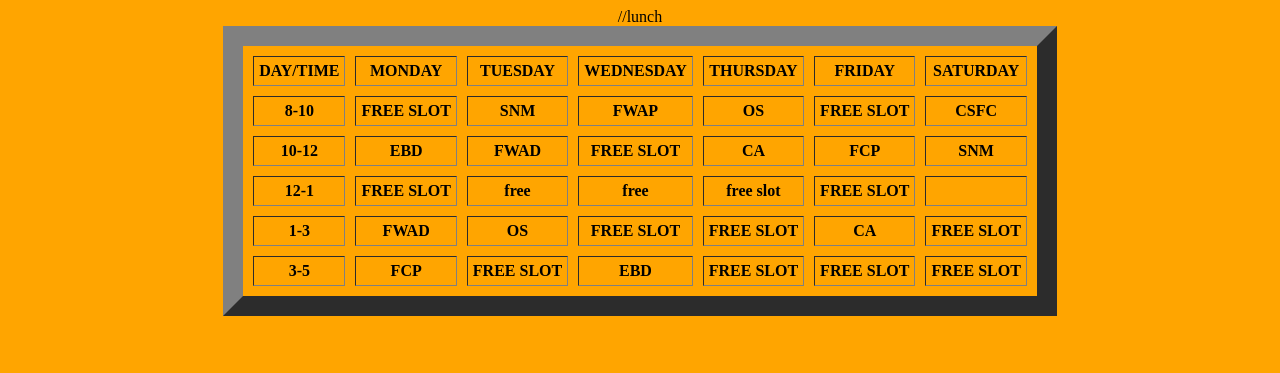
Repository: Oviya24032K6/slot
Page: oviya/static/time.html
An editor plug-in stored every save of this project. The page is shown before and after the next save, followed by the edit.
The browser window is 1280 px wide. The pictures show the whole page.

Above is the page before, as saved 2024-03-13 15:06:04.

After the next save:
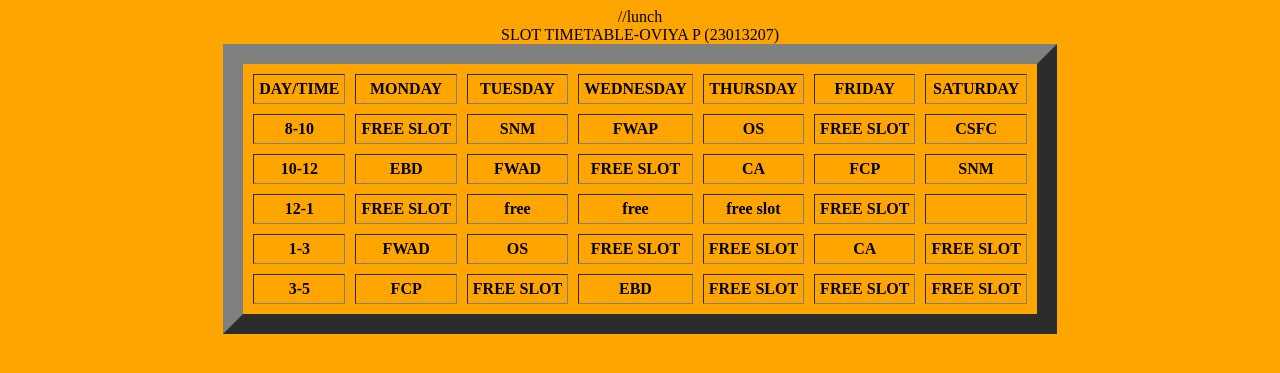
Saved 2 min 18 s later.
--- a/oviya/static/time.html
+++ b/oviya/static/time.html
@@ -4,6 +4,7 @@
     </head>
     <body bgcolor="orange" align="center" >
     <table align="center" border="20" cellspacing="10" cellpadding="5">
+    <caption>SLOT TIMETABLE-OVIYA P (23013207)</caption>
         <tr>
             <th>DAY/TIME</th>
             <th>MONDAY</th>

After the save that followed:
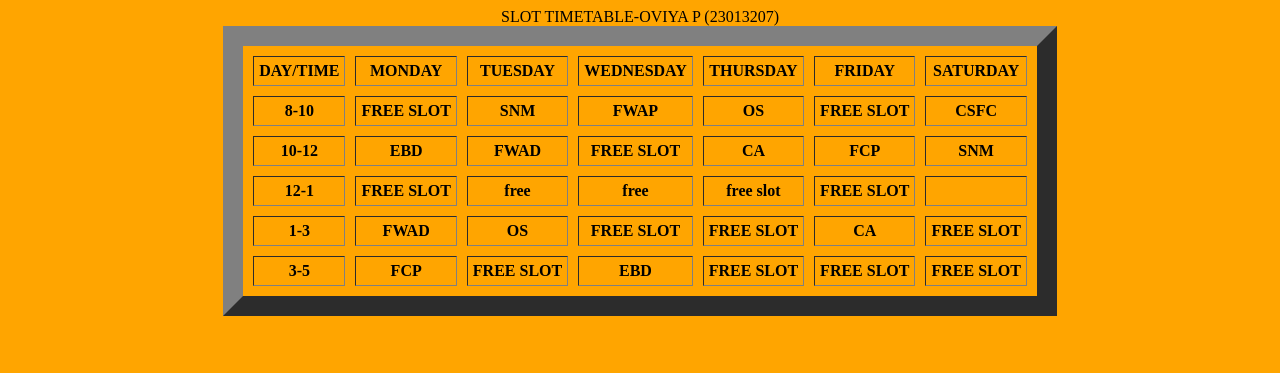
Saved 20 s later.
--- a/oviya/static/time.html
+++ b/oviya/static/time.html
@@ -32,7 +32,7 @@
             <th>FCP</th>
             <th>SNM</th>
         </tr>
-        <tr>//lunch
+        <tr>
             <th>12-1</th>
             <th>FREE SLOT</th>
             <th>free</th>
